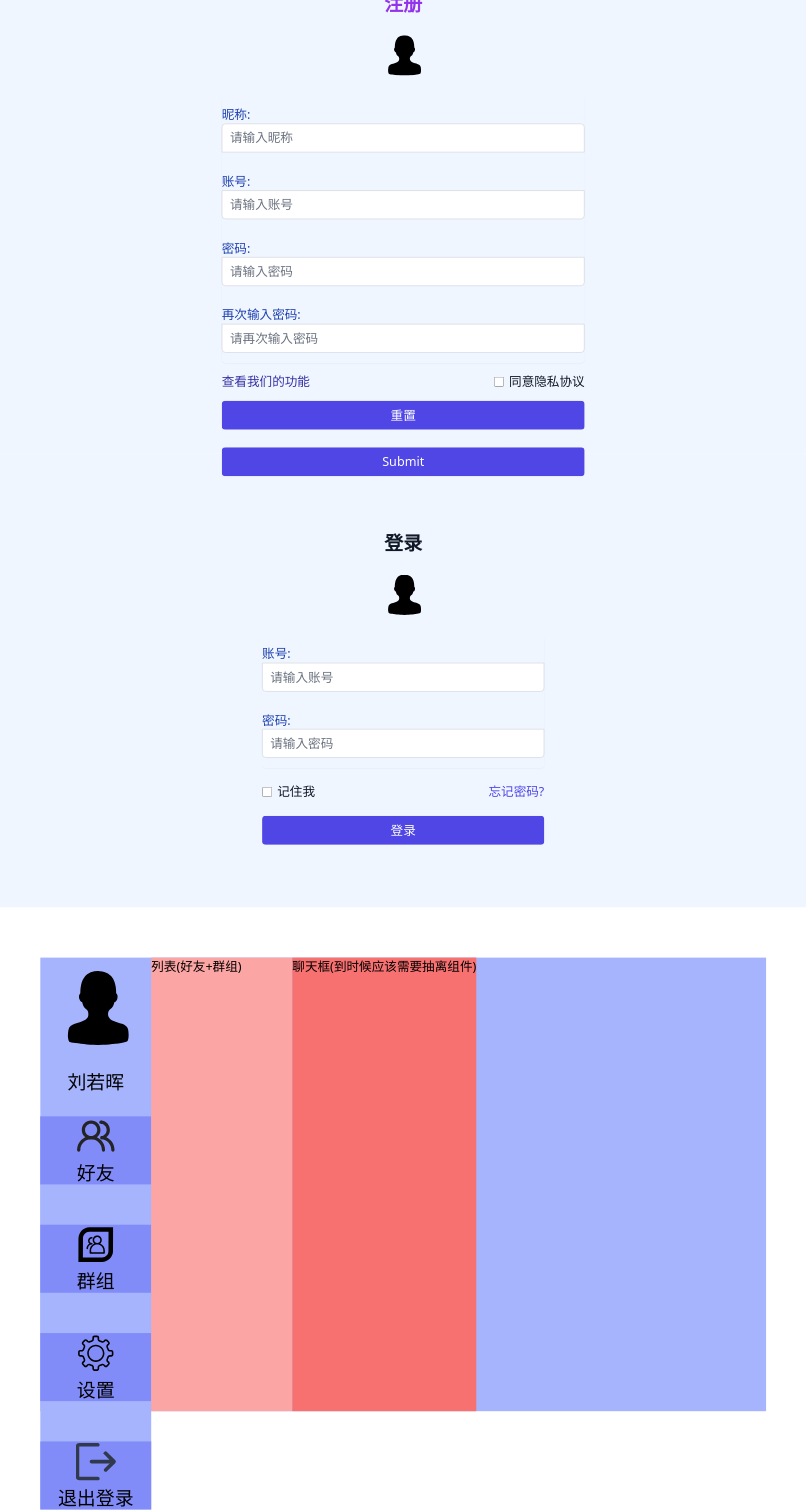
Repository: LiuRuohui/test_the_tailwindcss
Page: /
The author's editor kept a copy of each file at every save. The page is drawn from the files as they stood at one save, then again after the next save.
The browser window is 1280 px wide. The pictures show the whole page, at 63% of full size.
The project was rebuilt for these pictures with package versions that can differ from the ones it lists, and the page was loaded fresh each time. Also part of the build but not shown: vite.config.js, src/components/WelcomingPage.vue.

Above is the page before, as saved 2022-03-04 15:34:33.

### src/App.vue
<script setup>
import WelcomingPage from "./components/WelcomingPage.vue"
import RegisterPage from "./components/RegisterPage.vue"
import LoginPage from "./components/LoginPage.vue";
import MainPage from "./components/MainPage.vue";
</script>

<template>
<!--<WelcomingPage class="bg-blue-50 page"></WelcomingPage> -->
<RegisterPage class="bg-blue-50 page"></RegisterPage>
<LoginPage class="bg-blue-50 page"></LoginPage>
<MainPage class="bg-blue-50 page"></MainPage>
</template>

<style>
.page{
    height: 100vh;
}
</style>

### src/index.css
@tailwind base;
@tailwind components;
.inputFrame {
    @apply appearance-none rounded-none relative block w-full px-3 py-2 border border-gray-300 placeholder-gray-500 text-gray-900
}

.inputFrame:focus {
    @apply outline-none border-indigo-500 z-10 inline-block px-5 py-3 rounded-lg shadow-lg
}

.btn {
    @apply relative flex w-full justify-center py-2 border border-transparent font-medium rounded-md text-white bg-indigo-600
}

.btn:hover {
    @apply bg-indigo-700
}

.btn:focus {
    @apply outline-none ring-2 ring-offset-2 ring-indigo-500
}

@tailwind utilities;
@layer components {
    .card {
        background-color: theme('colors.blue.500');
        border-radius: theme('borderRadius.lg');
        padding: theme('spacing.6');
        box-shadow: theme('boxShadow.xl');
    }
    /* ... */
}

### src/components/RegisterPage.vue
<template>
<div class="flex items-center justify-center py-12 px-4 sm:px-6 lg:px-8c">
    <div class="sm:max-w-xl sm:object-center sm:object-cover w-full space-y-8">
        <div>
            <h2 class="mt-6 text-center text-3xl font-extrabold text-purple-600">注册</h2>
        </div>
        <div>
            <img class="h-16 w-1/2 mx-auto" src="../assets/用户.svg" alt="这里有一张图片">
        </div>
    <form class="mt-8 space-y-4" action="#" method="POST">
      <div class="rounded-md shadow-sm sm:text-xl">
        <div class="py-4 text-blue-800">
          <label for="nickname">昵称:</label>
          <input id="nickname" name="nickname" type="nickname" autocomplete="nickname" required class="inputFrame rounded-t-md  sm:text-xl" placeholder="请输入昵称">
        </div>
        <div class="py-4 text-blue-800">
          <label for="account">账号:</label>
          <input id="account" name="account" type="account" autocomplete="current-account" required class="inputFrame rounded-b-md sm:text-xl" placeholder="请输入账号">
        </div>
        <div class="py-4 text-blue-800">
          <label for="passwd">密码:</label>
          <input id="passwd" name="passwd" type="password" autocomplete="current-password" required class="inputFrame rounded-b-md  sm:text-xl" placeholder="请输入密码">
        </div>
        <div class="py-4 text-blue-800">
          <label for="passwd">再次输入密码:</label>
          <input id="passwd" name="passwd" type="password" autocomplete="current-password" required class="inputFrame rounded-b-md sm:text-xl" placeholder="请再次输入密码">
        </div>
      </div>

      <div class="flex items-center justify-between">
        <div class="text-sm sm:text-xl">
          <a href="#" class="font-medium text-indigo-800 hover:text-indigo-500" @click="seeFunctions"> 查看我们的功能 </a>
        </div>
        <div class="flex items-center">
          <input id="remember-me" name="remember-me" type="checkbox" class="h-4 w-4 text-indigo-600 focus:ring-indigo-500 border-gray-300 rounded">
          <label for="remember-me" class="ml-2 block sm:text-xl text-gray-900"> 同意隐私协议 </label>
        </div>
      </div>

      <div class="sm:text-xl sm:mt-8">
        <input value="重置" type="" @click="reset" class="btn group sm:text-xl text-center">
        <br>
        <input @click="submit" type="submit" class="btn group sm:text-xl">
      </div>
    </form>
    </div>
</div>
</template>

<script setup>

function seeFunctions(){
  alert("See functions")
}

function reset() {
  var confirm = confirm('确定要重置数据吗？')
  if(confirm){
    document.getElementById('form').reset()
  }
}

function submit() {
  alert('提交数据注册 注册成功返回警示框 注册失败返回原因')
}

</script>

### src/components/LoginPage.vue
<template>
<div class="min-h-full flex items-center justify-center py-12 px-4 sm:px-6 lg:px-8">
  <div class="max-w-md w-full space-y-8">
    <div>
      <h2 class="mt-6 text-center text-3xl font-extrabold text-gray-900">登录</h2>
    </div>
    <div>
        <img class="h-16 w-1/2 mx-auto" src="../assets/用户.svg" alt="这里有一张图片">
    </div>
    <form class="mt-8 space-y-6" action="#" method="POST">
      <input type="hidden" name="remember" value="true">
      <div class="rounded-md shadow-sm -space-y-px">
        <div class="py-4 text-blue-800 sm:text-xl">
          <label for="account">账号:</label>
          <input id="account" name="account" type="account" autocomplete="current-account" required class="inputFrame rounded-b-md sm:text-xl" placeholder="请输入账号">
        </div>
        <div class="py-4 text-blue-800 sm:text-xl">
          <label for="passwd">密码:</label>
          <input id="passwd" name="passwd" type="password" autocomplete="current-password" required class="inputFrame rounded-b-md  sm:text-xl" placeholder="请输入密码">
        </div>
      </div>

      <div class="flex items-center justify-between">
        <div class="flex items-center">
          <input id="remember-me" name="remember-me" type="checkbox" class="h-4 w-4 text-indigo-600 focus:ring-indigo-500 border-gray-300 rounded">
          <label for="remember-me" class="ml-2 block text-sm sm:text-xl text-gray-900"> 记住我</label>
        </div>

        <div class="text-sm">
          <a href="#" class="font-medium sm:text-xl text-indigo-600 hover:text-indigo-500"> 忘记密码? </a>
        </div>
      </div>

      <div>
        <button @click="submit" type="submit" class="btn group sm:text-xl">
          登录
        </button>
      </div>
    </form>
  </div>
</div>
</template>

<script>

</script>

### src/components/MainPage.vue
<template>
<div class="flex flex-row sm:mx-16 sm:my-20 sm:text-xl bg-indigo-300">
    <div class="sm:basis-44 ">
        <div class="grid grid-rows-3 sm:gap-6 gap-3">
            <div class="row-span-2">
                <img src="../assets/用户.svg" alt="" class="mt-2 h-8 sm:mt-4 sm:h-32 w-2/3 mx-auto">
            </div>
            <div class="sm:text-3xl text-center m-auto">{{nickname}}</div>
            <div class="grid grid-rows-4 gap-16 bg-indigo-300">
                <div class="bg-indigo-400" @click="gotoFriends">
                    <img src="../assets/好友.svg" alt="好友" class="h-16 m-auto">
                    <p class="sm:text-3xl text-xl text-center mt-2">好友</p>
                </div>
                <div class="bg-indigo-400" @click="gotoGroups">
                    <img src="../assets/群组.svg" alt="群组" class="h-16 m-auto">
                    <p class="sm:text-3xl text-xl text-center mt-2">群组</p>
                </div>
                <div class="bg-indigo-400" @click="settings">
                    <img src="../assets/设置.svg" alt="设置" class="h-16 m-auto">
                    <p class="sm:text-3xl text-xl text-center mt-2">设置</p>
                </div>
                <div class="bg-indigo-400" @click="Logout">
                    <img src="../assets/退出.svg" alt="退出" class="h-16 m-auto">
                    <p class="sm:text-3xl text-xl text-center mt-2">退出登录</p>
                </div>
            </div>
        </div>
    </div>

    <div class="sm:basis-56 bg-red-300">
      列表(好友+群组)
    </div>

    <div class="sm:basis-auto bg-red-400">
      聊天框(到时候应该需要抽离组件)
    </div>
</div>
</template>

<script setup>
import {ref} from "vue"
const nickname = ref('刘若晖')

function settings(){
    alert('你点击了设置')
}

function gotoFriends(){
    alert('显示好友列表')
}

function gotoGroups(){
    alert('显示群组列表')
}

function Logout(){
    alert('退出登录!')
}
</script>

### tailwind.config.js
module.exports = {
    content: [
        "./index.html",
        "./src/**/*.{vue,js,ts,jsx,tsx}",
    ],
    theme: {
        extend: {},
    },
    variants: {
        backgroundColor: ['responsive', 'hover', 'focus', 'active']
    },
    plugins: [],
}

Loaded but not shown: index.html (common file); src/main.js (common file)

After the next save:
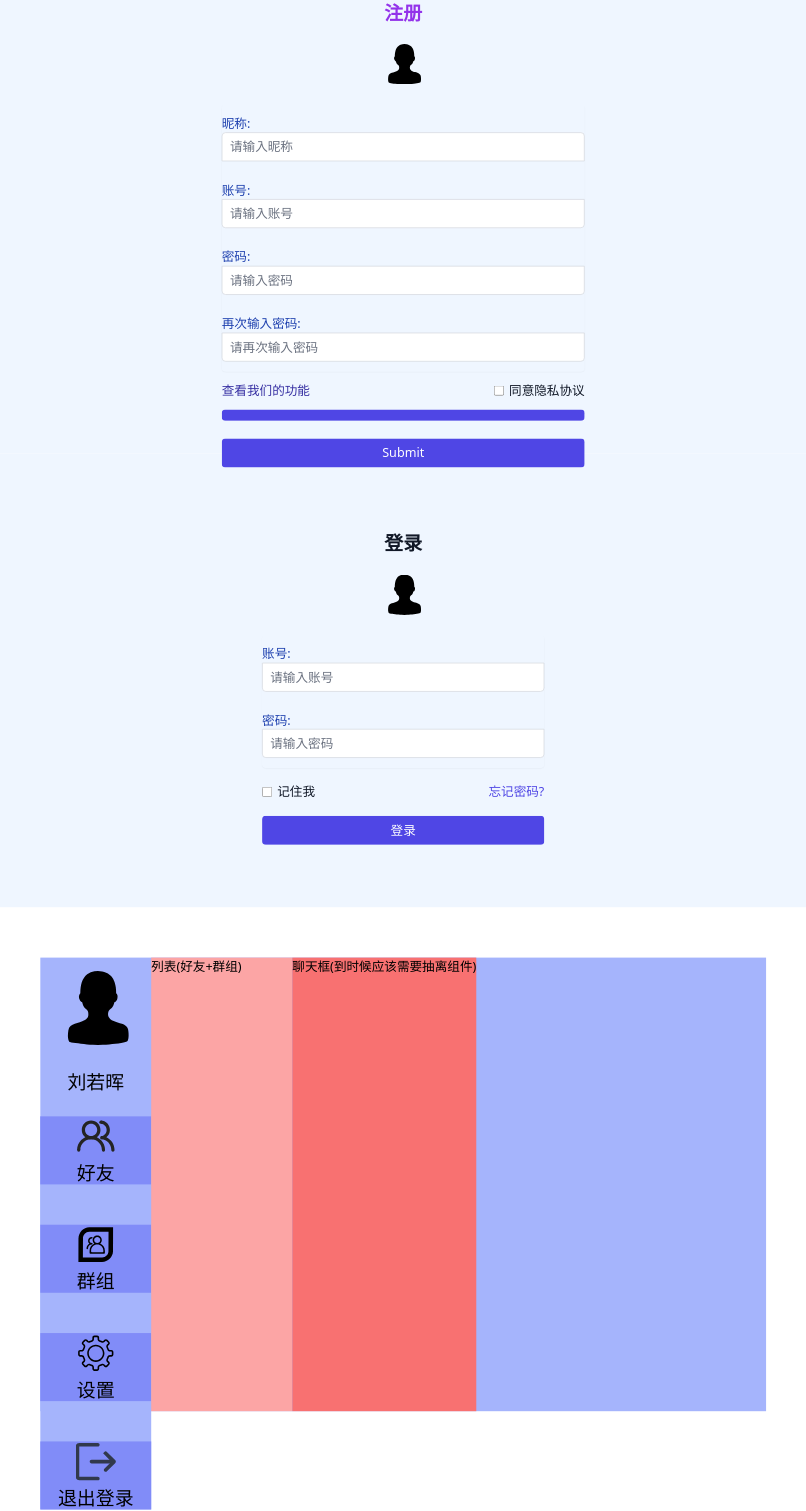
Saved 24 s later.
--- a/src/components/RegisterPage.vue
+++ b/src/components/RegisterPage.vue
@@ -38,7 +38,8 @@
       </div>
 
       <div class="sm:text-xl sm:mt-8">
-        <input value="重置" type="" @click="reset" class="btn group sm:text-xl text-center">
+        <button value="重置" type="" @click="reset" class="btn group sm:text-xl text-center">
+        </button>
         <br>
         <input @click="submit" type="submit" class="btn group sm:text-xl">
       </div>

After the save that followed:
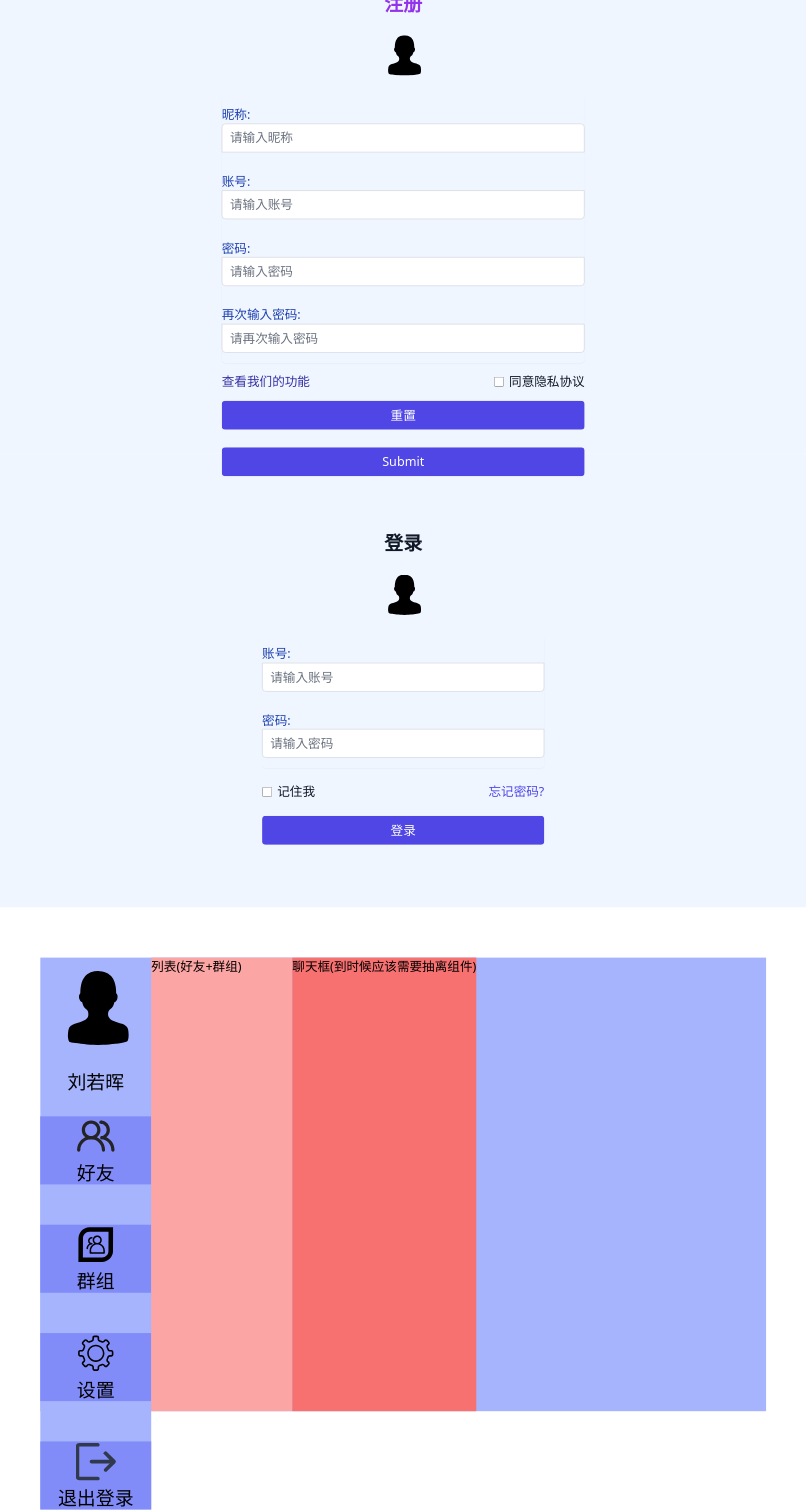
Saved 22 s later.
--- a/src/components/RegisterPage.vue
+++ b/src/components/RegisterPage.vue
@@ -38,7 +38,8 @@
       </div>
 
       <div class="sm:text-xl sm:mt-8">
-        <button value="重置" type="" @click="reset" class="btn group sm:text-xl text-center">
+        <button type="" @click="reset" class="btn group sm:text-xl text-center">
+        重置
         </button>
         <br>
         <input @click="submit" type="submit" class="btn group sm:text-xl">
